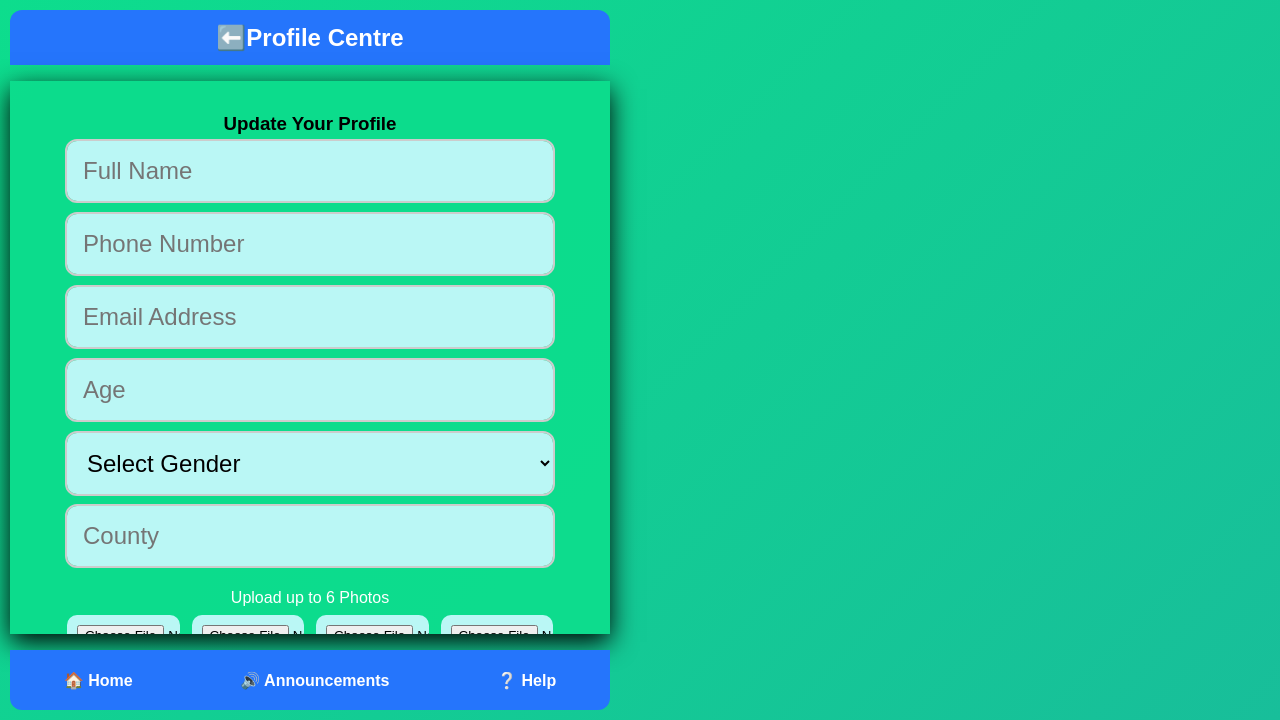
Repository: Amani-Kibet/express-app-web
Page: pages/profileCentre.html
These files come from the project's save history. The page is drawn as it stood at one moment and after the next save; the edit follows.
The browser window is 1280 px wide. The pictures show the whole page.
An inner scrolling area shows only its first screen.

Above is the page before, as saved 2025-10-08 12:42:58.

After the next save:
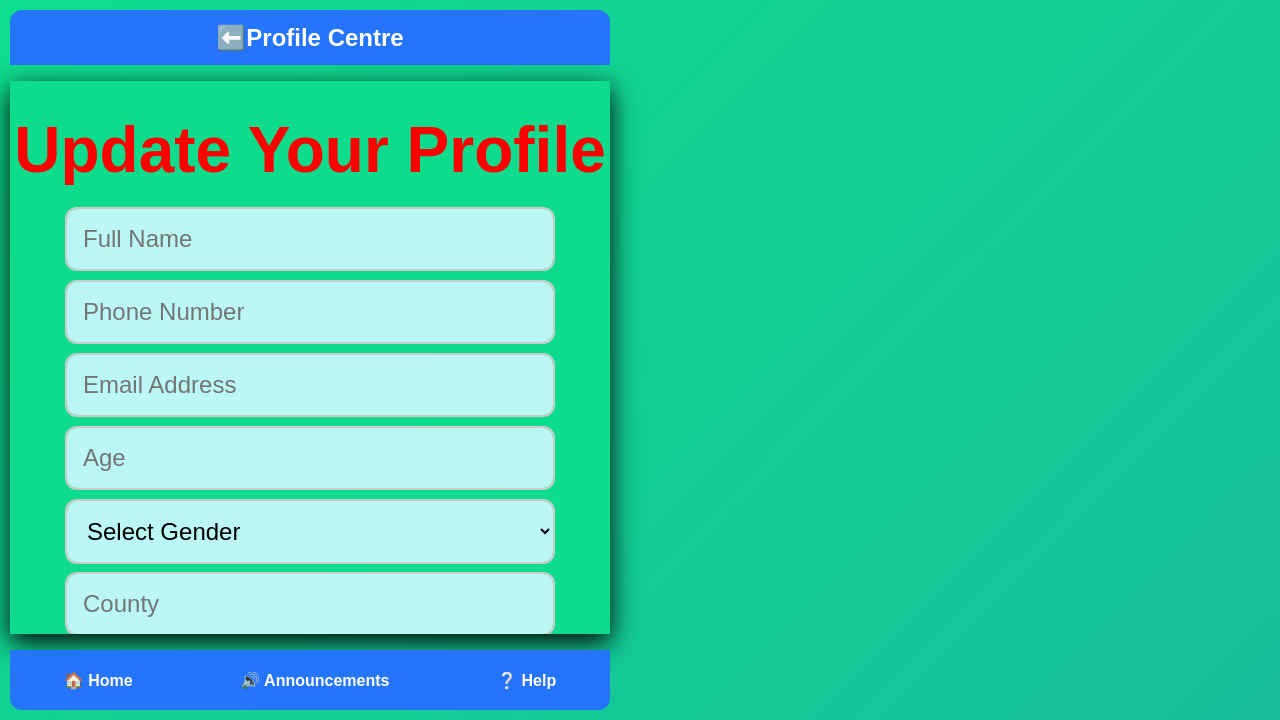
Saved 8 s later.
--- a/pages/profileCentre.html
+++ b/pages/profileCentre.html
@@ -176,7 +176,7 @@ h2 {
 
 <!-- Form Board -->
 <div id="board">
-  <h3>Update Your Profile</h3>
+  <h2>Update Your Profile</h2>
   <form id="profileForm" enctype="multipart/form-data">
     <input type="text" name="name" placeholder="Full Name" class="inputs" required>
     <input type="tel" name="phone" placeholder="Phone Number" class="inputs" required>
